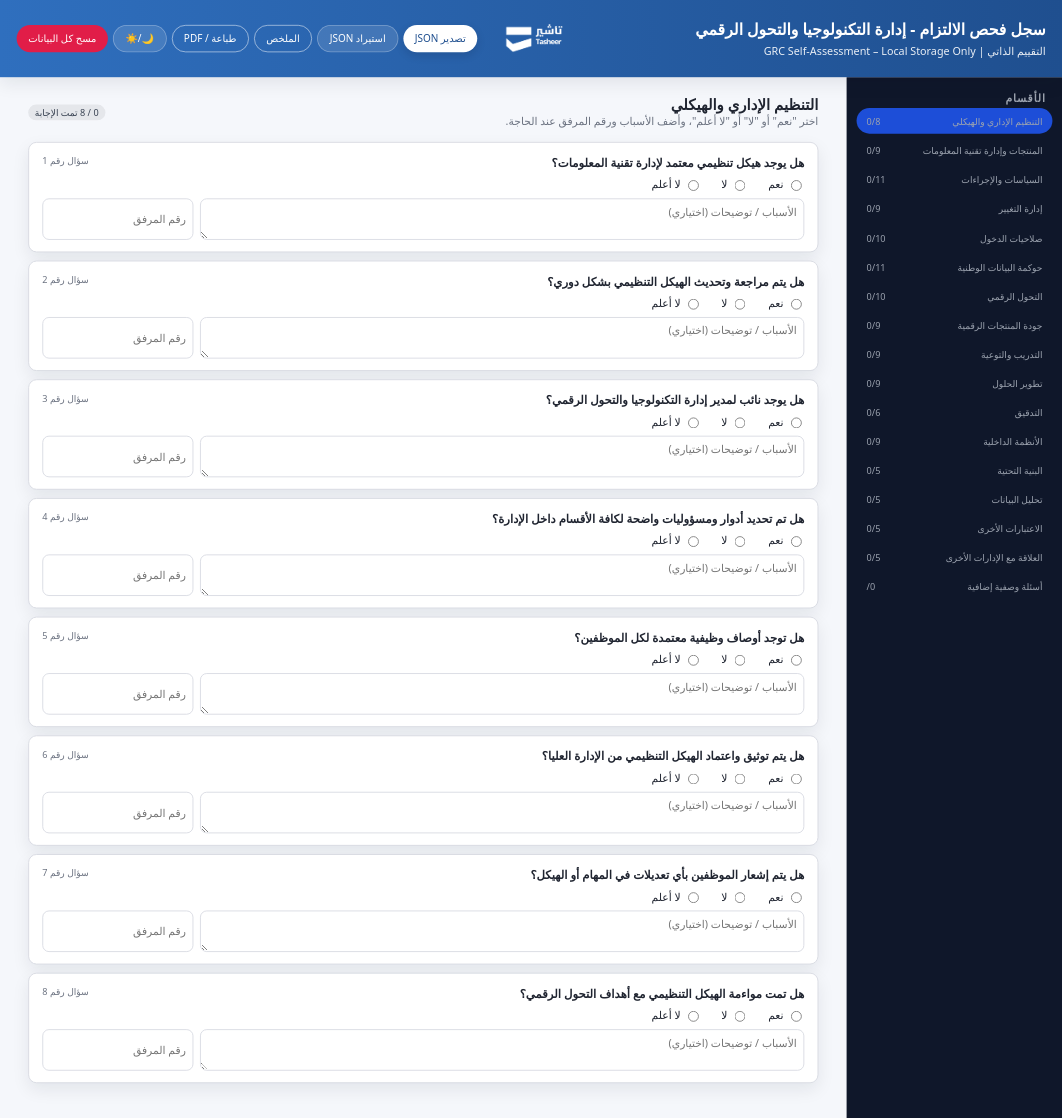
Repository: Tasheer-dev/GRCq
Page: index.html
An editor plug-in stored every save of this project. The page is shown before and after the next save, followed by the edit.
The browser window is 1280 px wide. The pictures show the whole page, at 83% of full size.

Above is the page before, as saved 2025-11-27 07:50:33.

### index.html
<!DOCTYPE html>
<html lang="ar" dir="rtl">
<head>
  <meta charset="UTF-8" />
  <title>سجل فحص الالتزام - إدارة التكنولوجيا والتحول الرقمي</title>
  <meta name="viewport" content="width=device-width, initial-scale=1" />
  <link rel="stylesheet" href="style.css" />
</head>
<body>
<div id="splash">
  <div class="splash-content">
    <img src="logo.png" alt="Tasheer Logo" class="splash-logo" />
    <h1>تشـيـر - Tasheer</h1>
    <p>نظام التقييم الذاتي لإدارة التكنولوجيا والتحول الرقمي</p>
  </div>
</div>

<div class="app-shell">
  <header>
    <div class="title-group">
      <h1>سجل فحص الالتزام - إدارة التكنولوجيا والتحول الرقمي</h1>
      <span>التقييم الذاتي | GRC Self-Assessment – Local Storage Only</span>
    </div>
    <div class="header-right">
      <img src="logo.png" alt="Tasheer Logo" class="header-logo" />
      <div class="actions">
        <button class="btn btn-primary" id="btn-export">تصدير JSON</button>
        <label class="btn btn-secondary">
          استيراد JSON
          <input type="file" id="import-file" accept="application/json" style="display:none" />
        </label>
        <button class="btn btn-outline" id="btn-summary">الملخص</button>
        <button class="btn btn-outline" id="btn-print">طباعة / PDF</button>
        <button class="btn btn-secondary" id="btn-dark">🌙/☀️</button>
        <button class="btn btn-danger" id="btn-clear">مسح كل البيانات</button>
      </div>
    </div>
  </header>

  <main>
    <aside class="sidebar">
      <div>
        <div class="sidebar-title">الأقسام</div>
        <ul class="nav-list" id="section-nav"></ul>
      </div>
    </aside>

    <section class="content">
      <div id="section-container"></div>
    </section>
  </main>
</div>

<script src="app.js"></script>
</body>
</html>

### style.css

@import url('https://fonts.googleapis.com/css2?family=Cairo:wght@300;400;500;600;700;800&display=swap');

:root {
  --primary: #1f4f8f;
  --primary-light: #2f6fbe;
  --accent: #00a3e0;
  --bg: #f5f7fb;
  --card-bg: #ffffff;
  --border: #d5d8e0;
  --text-main: #1f2430;
  --text-muted: #6b7280;
  --danger: #e11d48;
  --success: #15803d;
  --warning: #ca8a04;
  --sidebar-bg: #0f172a;
  --sidebar-text: #e5e7eb;
  --sidebar-muted: #9ca3af;
  --radius: 10px;
  --shadow: 0 8px 20px rgba(15, 23, 42, 0.08);
  --font-ar: system-ui, -apple-system, BlinkMacSystemFont, "Segoe UI", sans-serif;
}



/* Dark mode override */
body.dark {
  --bg: #020617;
  --card-bg: #020617;
  --border: #1f2937;
  --text-main: #e5e7eb;
  --text-muted: #9ca3af;
  --sidebar-bg: #020617;
  --sidebar-text: #e5e7eb;
  --sidebar-muted: #6b7280;
  --shadow: 0 10px 25px rgba(0, 0, 0, 0.6);
}

* {
  box-sizing: border-box;
}

body {
  margin: 0;
  font-family: var(--font-ar);
  background: var(--bg);
  color: var(--text-main);
}

/* Splash screen */

#splash {
  position: fixed;
  inset: 0;
  background: radial-gradient(circle at top, #1f4f8f 0, #020617 55%, #000 100%);
  display: flex;
  align-items: center;
  justify-content: center;
  z-index: 50;
  color: #e5e7eb;
  transition: opacity 0.6s ease, visibility 0.6s ease;
}

#splash.hidden {
  opacity: 0;
  visibility: hidden;
}

.splash-content {
  text-align: center;
  animation: float 1.8s ease-in-out infinite alternate;
}

.splash-logo {
  width: 160px;
  margin-bottom: 16px;
}

.splash-content h1 {
  margin: 0;
  font-size: 24px;
}

.splash-content p {
  margin-top: 8px;
  font-size: 14px;
  color: #cbd5f5;
}

@keyframes float {
  from { transform: translateY(0); }
  to { transform: translateY(-8px); }
}

/* Layout */

.app-shell {
  display: flex;
  min-height: 100vh;
  flex-direction: column;
}

header {
  background: linear-gradient(to left, var(--primary), var(--primary-light));
  color: white;
  padding: 12px 20px;
  display: flex;
  align-items: center;
  justify-content: space-between;
  box-shadow: var(--shadow);
  position: sticky;
  top: 0;
  z-index: 20;
}

header .title-group {
  display: flex;
  flex-direction: column;
  gap: 4px;
}

header h1 {
  margin: 0;
  font-size: 19px;
  font-weight: 700;
}

header span {
  font-size: 13px;
  opacity: 0.9;
}

.header-right {
  display: flex;
  align-items: center;
  gap: 12px;
}

.header-logo {
  width: 110px;
  height: auto;
}

header .actions {
  display: flex;
  gap: 6px;
  flex-wrap: wrap;
}

button,
.btn {
  border-radius: 999px;
  border: none;
  padding: 7px 14px;
  font-size: 12px;
  cursor: pointer;
  display: inline-flex;
  align-items: center;
  gap: 6px;
  font-family: inherit;
  transition: background 0.15s ease, transform 0.05s ease, box-shadow 0.15s ease;
  white-space: nowrap;
}

button:active,
.btn:active {
  transform: translateY(1px);
  box-shadow: none;
}

.btn-primary {
  background: white;
  color: var(--primary);
  box-shadow: 0 4px 10px rgba(15, 23, 42, 0.15);
}

.btn-secondary {
  background: rgba(255, 255, 255, 0.12);
  color: white;
  border: 1px solid rgba(255, 255, 255, 0.3);
}

.btn-danger {
  background: var(--danger);
  color: white;
}

.btn-outline {
  background: transparent;
  color: white;
  border: 1px solid rgba(255, 255, 255, 0.6);
}

body.dark .btn-outline {
  color: var(--primary-light);
  border-color: var(--primary-light);
}

main {
  display: flex;
  flex: 1;
  min-height: 0;
}

.sidebar {
  width: 260px;
  background: var(--sidebar-bg);
  color: var(--sidebar-text);
  padding: 16px 12px;
  display: flex;
  flex-direction: column;
  gap: 12px;
}

.sidebar-title {
  font-size: 13px;
  font-weight: 600;
  text-transform: uppercase;
  letter-spacing: 0.08em;
  color: var(--sidebar-muted);
  margin-bottom: 4px;
  padding-inline: 8px;
}

.nav-list {
  list-style: none;
  padding: 0;
  margin: 0;
  display: flex;
  flex-direction: column;
  gap: 4px;
}

.nav-item {
  border-radius: 999px;
  padding: 8px 12px;
  font-size: 13px;
  cursor: pointer;
  color: var(--sidebar-text);
  display: flex;
  align-items: center;
  justify-content: space-between;
  transition: background 0.12s ease, color 0.12s ease, transform 0.05s ease;
}

.nav-item span {
  font-size: 11px;
  color: var(--sidebar-muted);
}

.nav-item.active {
  background: #1d4ed8;
  color: white;
  transform: translateY(-1px);
}

.nav-item:hover:not(.active) {
  background: #111827;
}

.content {
  flex: 1;
  padding: 20px 24px 32px;
  overflow-y: auto;
  max-width: 1000px;
  margin-inline: auto;
}

.section-header {
  display: flex;
  justify-content: space-between;
  align-items: center;
  gap: 12px;
  margin-bottom: 16px;
  flex-wrap: wrap;
}

.section-header h2 {
  margin: 0;
  font-size: 18px;
}

.section-header p {
  margin: 0;
  font-size: 13px;
  color: var(--text-muted);
}

/* Cards & questions */

.question-card {
  background: var(--card-bg);
  border-radius: var(--radius);
  padding: 14px 16px;
  margin-bottom: 10px;
  box-shadow: var(--shadow);
  border: 1px solid var(--border);
}

.question-header {
  display: flex;
  justify-content: space-between;
  align-items: flex-start;
  gap: 8px;
  margin-bottom: 8px;
}

.question-title {
  font-size: 14px;
  font-weight: 600;
}

.question-meta {
  font-size: 11px;
  color: var(--text-muted);
  white-space: nowrap;
}

.answer-row {
  display: flex;
  flex-wrap: wrap;
  gap: 12px 24px;
  align-items: center;
  font-size: 13px;
  margin-bottom: 8px;
}

.answer-row label {
  display: inline-flex;
  align-items: center;
  gap: 4px;
  cursor: pointer;
}

.answer-row input[type="radio"] {
  accent-color: var(--primary);
  cursor: pointer;
}

.inputs-row {
  display: grid;
  grid-template-columns: minmax(0, 4fr) minmax(0, 1fr);
  gap: 8px;
  margin-top: 6px;
}

textarea,
input[type="text"],
input[type="number"] {
  width: 100%;
  border-radius: 8px;
  border: 1px solid var(--border);
  font-family: inherit;
  font-size: 13px;
  padding: 6px 8px;
  resize: vertical;
  min-height: 34px;
  background: transparent;
  color: var(--text-main);
}

textarea:focus,
input:focus {
  outline: 2px solid var(--primary-light);
  border-color: transparent;
}

.badge {
  display: inline-flex;
  align-items: center;
  border-radius: 999px;
  font-size: 11px;
  padding: 2px 8px;
  background: #e5e7eb;
  color: #374151;
}

.badge-yes {
  background: rgba(22, 163, 74, 0.12);
  color: #15803d;
}
.badge-no {
  background: rgba(220, 38, 38, 0.12);
  color: #b91c1c;
}
.badge-na {
  background: rgba(234, 179, 8, 0.12);
  color: #92400e;
}

.summary-grid {
  display: grid;
  grid-template-columns: repeat(auto-fit, minmax(180px, 1fr));
  gap: 12px;
  margin-top: 12px;
}

.summary-card {
  background: var(--card-bg);
  border-radius: var(--radius);
  padding: 10px 12px;
  border: 1px solid var(--border);
  box-shadow: var(--shadow);
}

.summary-card h3 {
  margin: 0 0 4px;
  font-size: 14px;
}

.summary-card p {
  margin: 0;
  font-size: 12px;
  color: var(--text-muted);
}

.summary-stats {
  display: flex;
  gap: 8px;
  margin-top: 6px;
  flex-wrap: wrap;
}

.stat-pill {
  font-size: 11px;
  border-radius: 999px;
  padding: 2px 8px;
  background: #f3f4f6;
  color: #374151;
}

.stat-pill strong {
  margin-inline: 2px;
}

/* Summary header with logo */
.summary-logo {
  width: 120px;
  height: auto;
  margin-bottom: 6px;
}

/* Responsive */

@media (max-width: 900px) {
  main {
    flex-direction: column;
  }
  .sidebar {
    width: 100%;
    flex-direction: row;
    overflow-x: auto;
    padding-bottom: 8px;
  }
  .nav-list {
    flex-direction: row;
    flex-wrap: nowrap;
  }
  .nav-item {
    font-size: 12px;
    padding-inline: 10px;
  }
}

@media (max-width: 700px) {
  header {
    flex-direction: column;
    align-items: flex-start;
    gap: 8px;
  }
  .header-right {
    width: 100%;
    justify-content: space-between;
  }
}

@media (max-width: 600px) {
  .section-header {
    flex-direction: column;
    align-items: flex-start;
  }
  .inputs-row {
    grid-template-columns: 1fr;
  }
}

/* Print mode */

@media print {
  #splash,
  header,
  .sidebar,
  .actions,
  #btn-print,
  #btn-dark {
    display: none !important;
  }
  body {
    background: white;
  }
  .content {
    max-width: 100%;
    padding: 0;
  }
  .question-card {
    box-shadow: none;
    border: 1px solid #d1d5db;
    page-break-inside: avoid;
  }
}

Loaded but not shown: app.js (542 lines, source omitted)

After the next save:
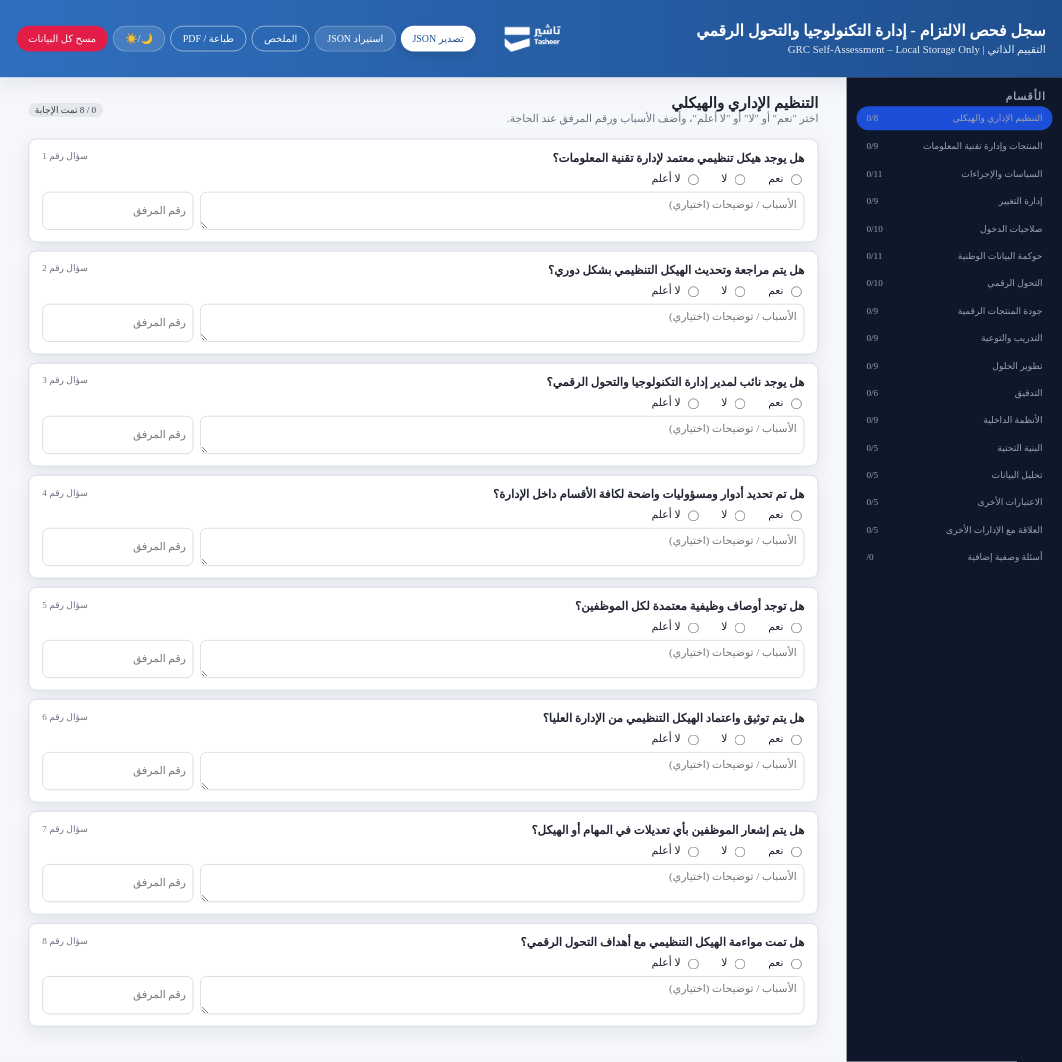
Saved 39 s later.
--- a/style.css
+++ b/style.css
@@ -18,7 +18,8 @@
   --sidebar-muted: #9ca3af;
   --radius: 10px;
   --shadow: 0 8px 20px rgba(15, 23, 42, 0.08);
-  --font-ar: system-ui, -apple-system, BlinkMacSystemFont, "Segoe UI", sans-serif;
+  --font-ar: --font-ar: 'Cairo', sans-serif;
+, -apple-system, BlinkMacSystemFont, "Segoe UI", sans-serif;
 }
 
 
